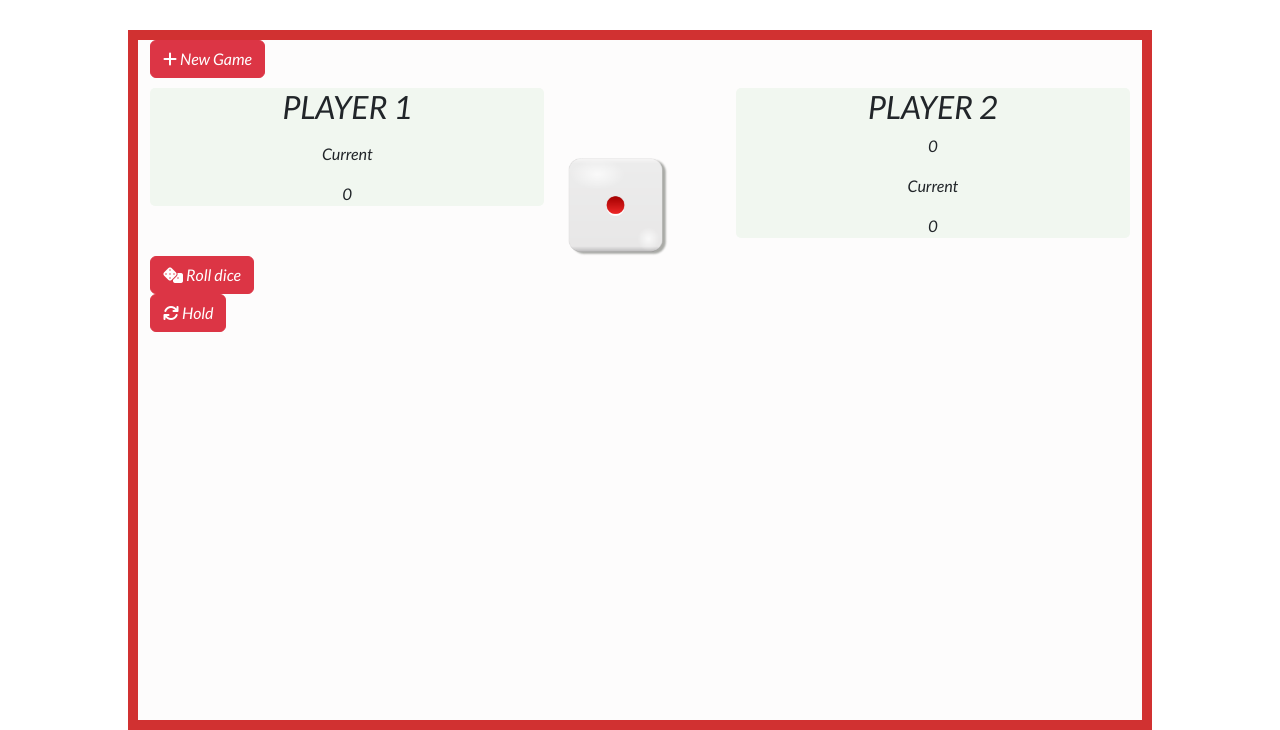
Repository: haifabilel/Eval_JAVASCRIPT
Page: index.html
An editor plug-in stored every save of this project. The page is shown before and after the next save, followed by the edit.
The browser window is 1280 px wide. The pictures show the whole page.
Some web libraries are served in a nearby version.

Above is the page before, as saved 2023-06-02 18:06:06.

After the next save:
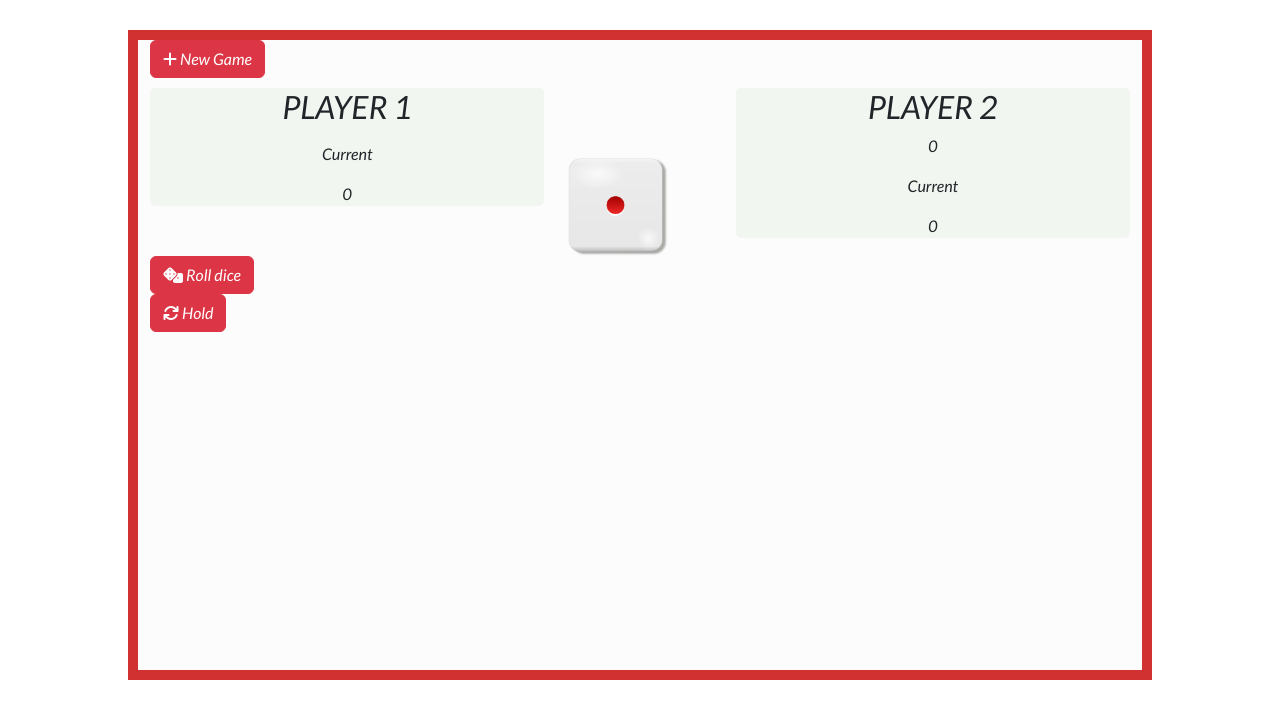
Saved 6 s later.
--- a/style.css
+++ b/style.css
@@ -6,7 +6,7 @@
     box-shadow:0.5rem 1 rem rgba(0,0,0,.5);
     background-color: #fdfcfc;
     width:80%;
-    height: 700px;
+    height: 650px;
     border: 10px solid  #d13131;
     margin-top: 30px;
 }
